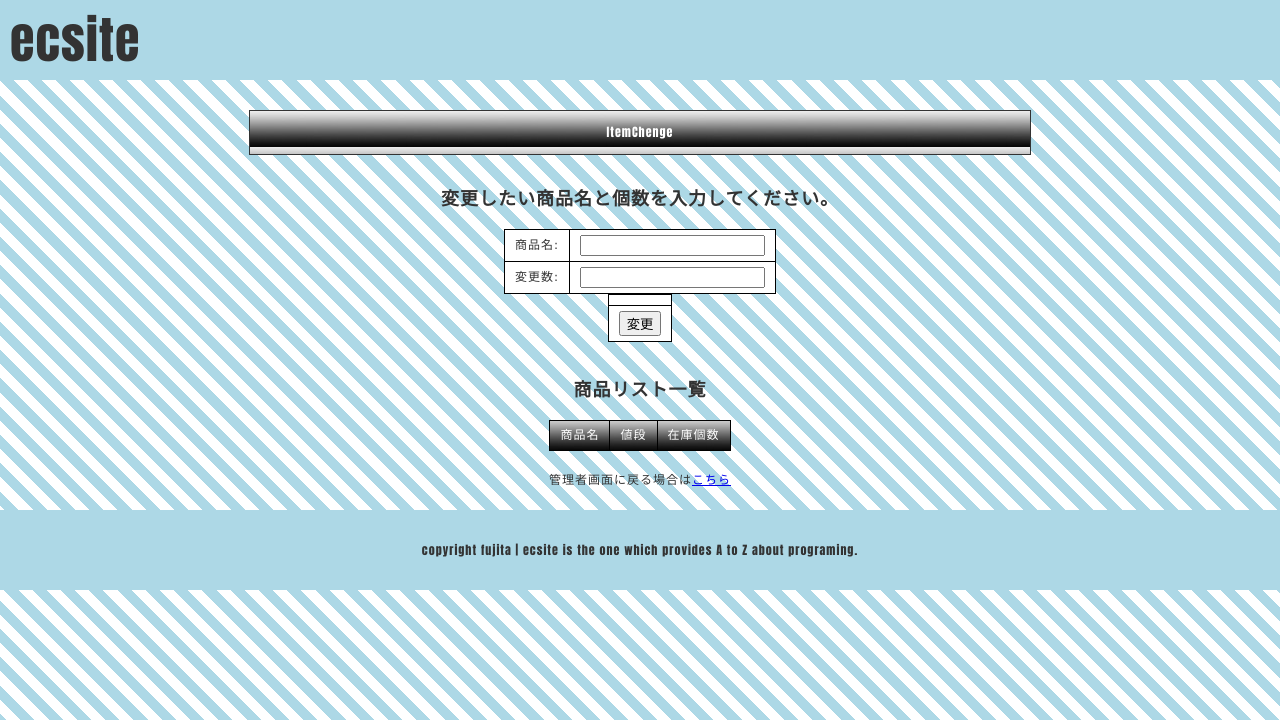
Repository: ryousukefujita-0423/test
Page: http://localhost/ecsite/itemChenge.jsp
An editor plug-in stored every save of this project. The page is shown before and after the next save, followed by the edit.
The browser window is 1280 px wide. The pictures show the whole page.
The page is served by Tomcat 9.

Above is the page before, as saved 2019-03-22 05:53:44.

After the next save:
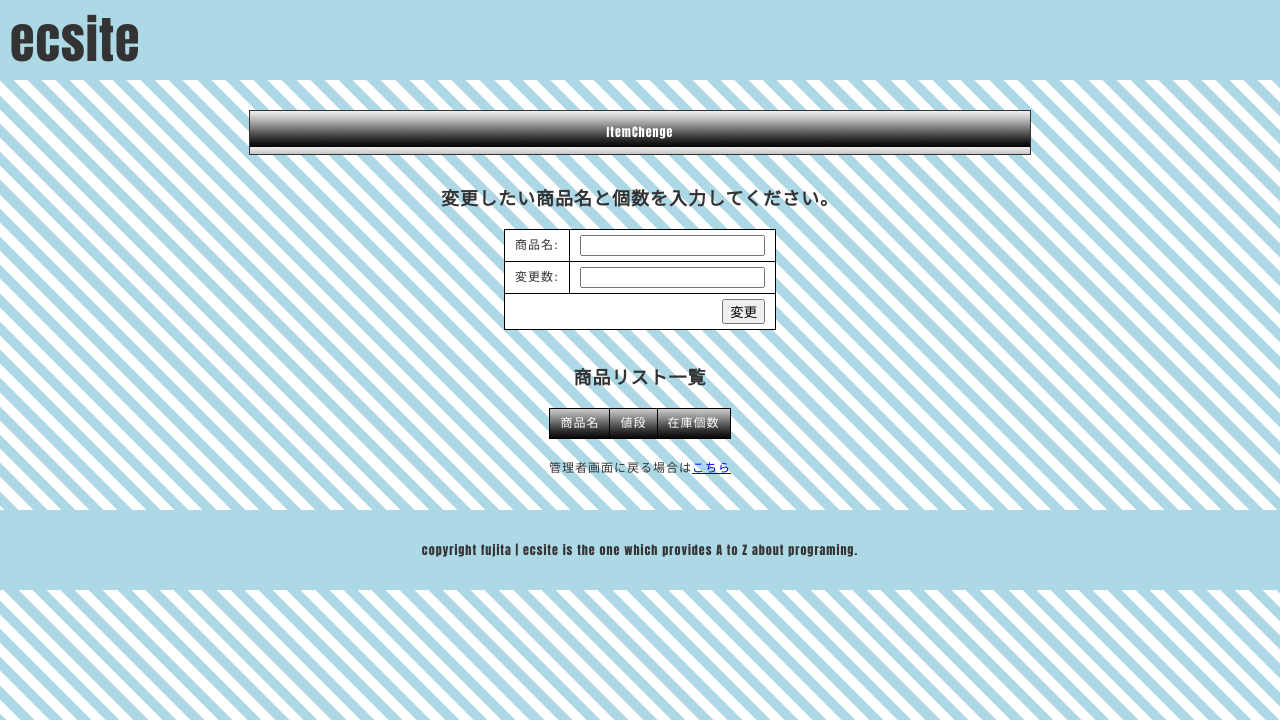
Saved 22 min 59 s later.
--- a/ecsite/WebContent/itemChenge.jsp
+++ b/ecsite/WebContent/itemChenge.jsp
@@ -23,11 +23,9 @@
 		<s:form action="ItemChengeConfirmAction">
 			<s:textfield name="item_name" label="商品名" />
 			<s:textfield name="item_stock" label="変更数" />
-			<table>
-				<tr>
-					<td><s:submit value="変更" /></td>
-				</tr>
-			</table>
+			<div>
+				<s:submit value="変更" />
+			</div>
 		</s:form>
 		<br>
 		<h2>商品リスト一覧</h2>
